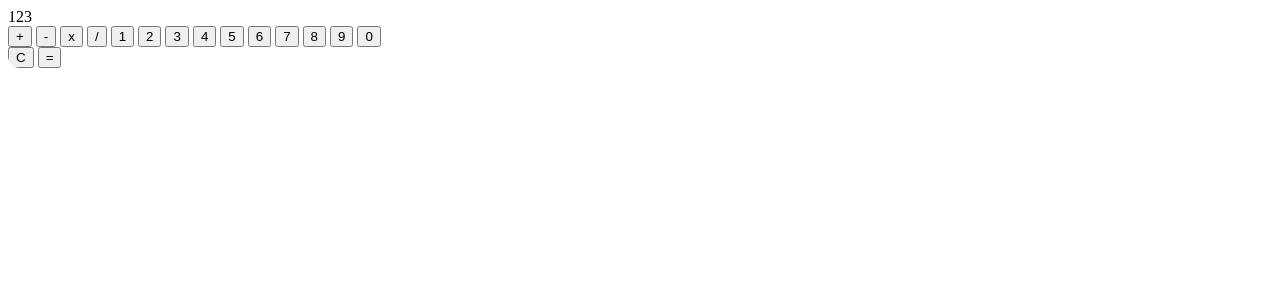
Repository: TEazy2433/LAB-calculator
Page: index.html
The author's editor kept a copy of each file at every save. The page is drawn from the files as they stood at one save, then again after the next save.
The browser window is 1280 px wide. The pictures show the whole page.

Above is the page before, as saved 2023-10-14 09:48:57.

After the next save:
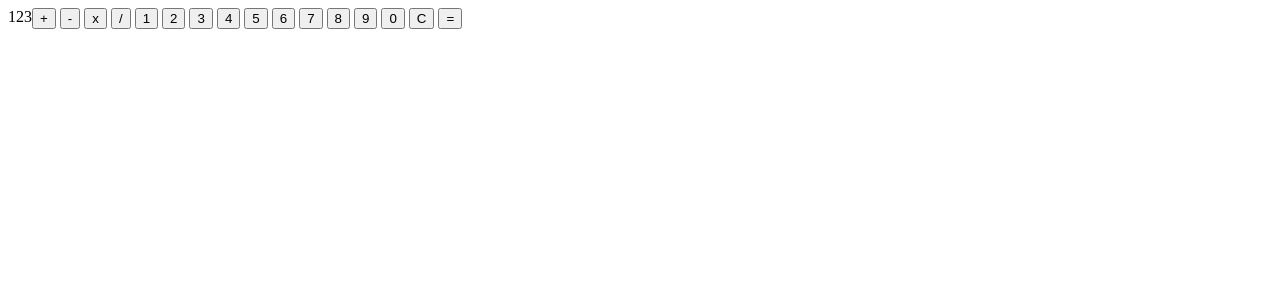
Saved 2 min 19 s later.
--- a/main.css
+++ b/main.css
@@ -1,7 +1,6 @@
 .calculator{
-  max-inline-size: 25rem;
-  border-radius: 12px;
-  overflow: hidden;
+  display: flex;
+  flex-wrap: wrap;
 }
 .display{
 
